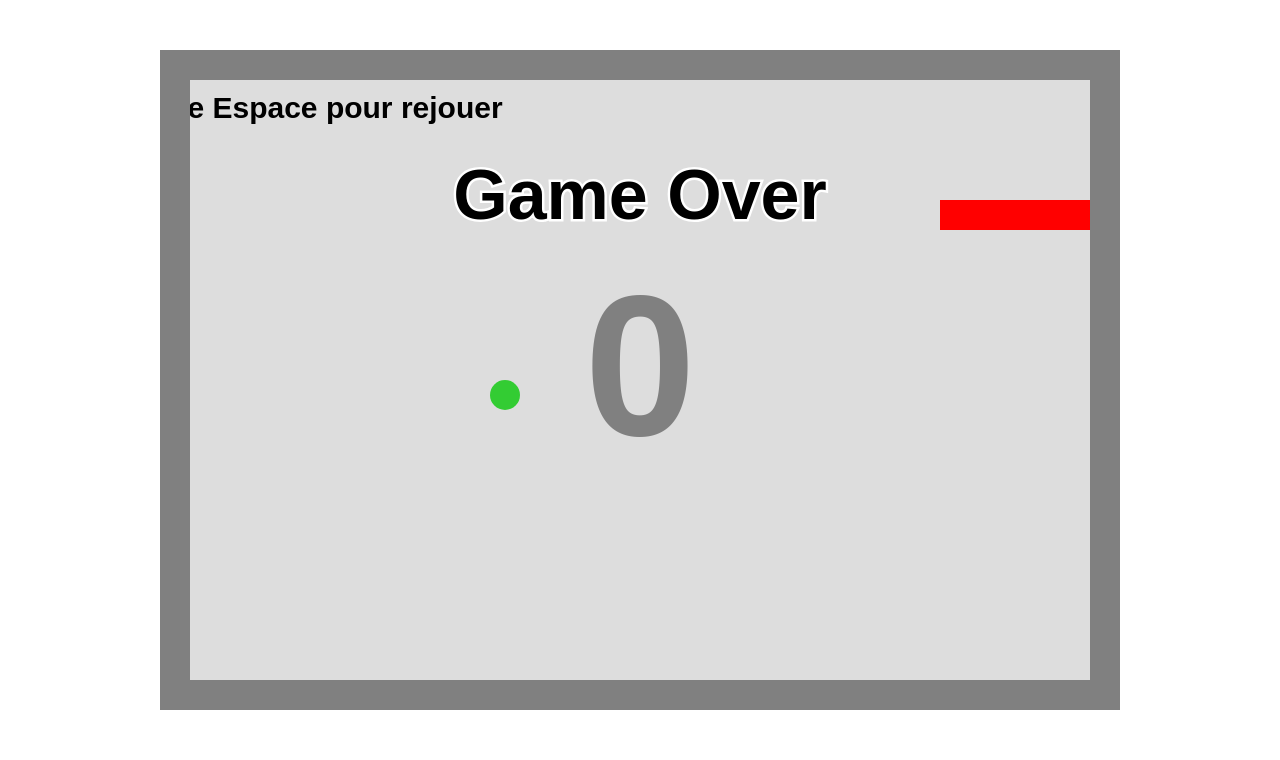
Repository: laben35/snake
Page: index.html
An editor plug-in stored every save of this project. The page is shown before and after the next save, followed by the edit.
The browser window is 1280 px wide. The pictures show the whole page.

Above is the page before, as saved 2019-12-08 19:20:31.

### index.html
<!DOCTYPE html>
<html lang="en">
<head>
    <meta charset="UTF-8">
    <meta name="viewport" content="width=device-width, initial-scale=1.0">
    <meta http-equiv="X-UA-Compatible" content="ie=edge">
    <title>The snake game</title>
    <script src="script.js"></script>
</head>
<body>

</body>
</html>

### script.js
window.onload = function()
{
    var canvasWidth = 900;
    var canvasHeight = 600;
    var blockSize = 30;
    var ctx;
    var delay = 150;   // si j'augmente le délai de rafraichissement du canvas,  le serpent avance moins vite, comme ça il se rafraichit une fois toutes les secondes et non toutes les dixièmes de secondes
    var snakee;
    var applee;
    var widthInBlocks = canvasWidth/blockSize;  //la largeur en terme de block sera la largeur divisée par la taille du bloc c'est à dire, la largeur est de 900px et la taille du bloc (blockSize) est de 30px ==> notre largeur en terme de blocks sera de 30px var 30*30=900
    var heightInBocks = canvasHeight/blockSize; //600/30 = 20
    var score;

    init();

    function init()
    {
            var canvas = document.createElement('canvas');  //Canvas élément HTML qui permet de dessiner notre page HTML
            canvas.width = canvasWidth;
            canvas.height = canvasHeight;
            canvas.style.border = "30px solid gray";
            canvas.style.margin = "50px auto";
            canvas.style.display = "block";
            canvas.style.backgroundColor = "#ddd";
            document.body.appendChild(canvas);
            ctx = canvas.getContext('2d');
            snakee = new Snake( [[6,4], [5,4], [4,4], [3,4], [2,4]], "right");
            applee = new Apple([10,10]);
            score = 0;
            refreshCanvas();
    }

    //fonction qui rafraichit le canvas
    function refreshCanvas()
    {
        snakee.advance();
        if(snakee.checkCollision())
        {
            gameOver();
        }
        else
        {
            if(snakee.isEatingApple(applee))         // Condition est-ce que le serpent a mangé un fruit
            {
                score++;
                snakee.ateApple = true;   //le serpent a bien mangé un fruit
                do
                {
                    applee.setNewPosition();     //Le serpent a mangé un fruit donc on va replacer le fruit à un autre endroit d'où la nouvelle méthode: setNewPosition()
                }
                while(applee.isOnSnake(snakee))

            }
            ctx.clearRect(0,0,canvasWidth, canvasHeight);
            drawScore();
            snakee.draw();
            applee.draw();
            setTimeout(refreshCanvas, delay);
        }
    }

    function gameOver()  //Je souhaite que cette fonction écrive GameOver à chaque fois que le serpent rencontre un mur ou lui-même
    {
        ctx.save();   //permet d'enregistrer les paramètre de configuration du contexte du combat cad de le retrouver comme avant
        ctx.font = "bold 70px sans-serif";
        ctx.fillStyle = "#000";
        ctx.textAlign = "center";
        ctx.textBaseline = "middle";
        ctx.strokeStyle = "white";
        ctx.lineWidth = 5;
        var centreX = canvasWidth / 2;
        var centreY = canvasHeight / 2;
        ctx.strokeText("Game Over", centreX, centreY -180);  //pour le stroke -180 cad un petit peu au-dessus du 0
        ctx.fillText("Game Over", centreX, centreY -180);
        ctx.font = "bold 30px sans-serif";
        ctx.fillText("Appuyer sur la touche Espace pour rejouer", 5, 30);
        ctx.restore();
    }

    function restart()
    {
        snakee = new Snake( [[6,4], [5,4], [4,4], [3,4], [2,4]], "right");
        applee = new Apple([10,10]);
        score = 0;
        refreshCanvas();
    }

    function drawScore()   //fonction qui permet d'afficher le score à l'écran
    {
        ctx.save();
        ctx.font = "bold 200px sans-serif";
        ctx.fillStyle = "gray";
        ctx.textAlign = "center";
        ctx.textBaseline = "middle";
        var centreX = canvasWidth / 2;
        var centreY = canvasHeight / 2;
        ctx.fillText(score.toString(), centreX, centreY);    //ctx.fillText(score.toString(), 5, canvasHeight - 5);
        ctx.restore();
    }

    function drawBlock(ctx, position)
    {
        var x = position[0] * blockSize;
        var y = position[1] * blockSize;
        ctx.fillRect(x,y, blockSize, blockSize);
    }

    //Le constructeur
    function Snake(body, direction)
    {
        this.body = body;
        this.direction = direction;
        this.ateApple = false;      //Pour savoir si mon serpent a mangé un fruit pour le faire grandir  ==> ajout de cette propriété...
        this.draw = function()
        {
            ctx.save();
            ctx.fillStyle = "#ff0000";
            for(var i = 0; i < this.body.length; i++)
           {
               drawBlock(ctx, this.body[i]);
           }
           ctx.restore();
        };
        this.advance = function()
        {
            var nextPosition = this.body[0].slice();
            switch(this.direction)
            {
                case "left":
                    nextPosition[0] -= 1;    //ici c'est la position du x
                    break;
                case "right":
                    nextPosition[0] += 1;
                    break;
                case "down":
                    nextPosition[1] += 1;   //ici c'est la position du y
                    break;
                case "up":
                    nextPosition[1] -= 1;
                    break;
                default:
                    throw("Invalid Direction");
            }
            this.body.unshift(nextPosition);
            if(!this.ateApple)
                this.body.pop();  // Le serpent a mangé un fruit. Ici le pop me permets d'enlever le dernier bloc cad on avançait la tête d'une position et on supprimait la dernière donc mon serpent restait à la même taille
            else
                  this.ateApple = false;
        };
        this.setDirection = function(newDirection)
        {
            var allowedDirections;
            switch(this.direction)
            {
                case "left":
                case "right":
                    allowedDirections = ["up", "down"];
                    break;
                case "down":
                case "up":
                    allowedDirections = ["left", "right"];
                    break;
                default:
                    throw("Invalid Direction");
            }
            if(allowedDirections.indexOf(newDirection) > -1)   //Si c'est >-1 alors ma nouvelle direction est permise
            {
                this.direction = newDirection;
            }
        };
        this.checkCollision = function()   //Fonction pour délimiter l'espace du serpent ==> pour ne pas qu'il sorte du canvas sinon game over
        {
            var wallCollision = false;  //si le serpent rentre dans le mur ==> les limites du canvas
            var snakeCollision = false; //si le serpent rentre sur lui-même
            var head =  this.body[0];   // c'est la tête qui prend la collision donc c'est cette partie que l'on vérifie
            var rest = this.body.slice(1);      //rest du corps du serpent en utilisant la fonction slice et autant qu'il passe sur la valeur 0 et va nous copier tout le reste dans ce array rest.
            var snakeX = head[0];
            var snakeY = head[1];
            var minX = 0;
            var minY = 0;
            var maxX = widthInBlocks - 1;
            var maxY = heightInBocks - 1;
            var isNotBetweenHorizontalWalls = snakeX < minX || snakeX > maxX;
            var isNotBetweenVerticalWalls = snakeY < minY || snakeY > maxY;

            if(isNotBetweenHorizontalWalls || isNotBetweenVerticalWalls)
            {
                wallCollision = true;
            }

            for(var i = 0; i < rest.length; i++)
            {
                if(snakeX === rest[i][0] && snakeY === rest[i][1])  //je vérifie si la tête du serpent est sur l'élément 0 ==>[i] et son X à lui [0] et je vérifie si la tête snakeX et l"élément du corps rest[i][0] ont le même X et le même Y ce qui voudrait dire que la tête du serpent est sur la même X qu'une des case du reste du serpent
                {
                    snakeCollision = true;
                }
            }
            return wallCollision || snakeCollision;
        };
        this.isEatingApple = function(appleToEat)
        {
            var head = this.body[0];  //Je déclare une variable et là, je vérifie si le X de la tête cad le head[0] est égale au corps à la place 0 c'est le 1er élément du corps de mon serpent
            if(head[0] === appleToEat.position[0] && head[1] === appleToEat.position[1])
            {
                return true;  //si cette condition est vrai, le serpent a mangé le fruit sinon rien
            }
            else
                return false;
        };
    }

    function Apple(position)
    {
        this.position = position;
        this.draw = function()
        {
            ctx.save();
            ctx.fillStyle = "#33cc33";   // couleur de la pomme
            ctx.beginPath();    //dessin de la pomme qui est ronde donc on utilise radius
            var radius = blockSize/2;
            var x = this.position[0]*blockSize + radius;
            var y = this.position[1]*blockSize + radius;
            ctx.arc(x,y, radius, 0, Math.PI*2, true);    //Dessin du cercle
            ctx.fill();
            ctx.restore();
        };
        this.setNewPosition = function()   //Je veux que cette méthode soit aléatoire donc un endroit au hasard dans mon canvas
        {
            var newx = Math.round(Math.random() * (widthInBlocks - 1));
            var newY = Math.round(Math.random() * (heightInBocks - 1));
            this.position = [newx, newY];
        };
        this.isOnSnake = function(snakeToCheck)          //métohde qui vérifie si le fruit est sur le serpent puisque sa position est aléatoire
        {
            var isOnSnake = false;

            for(var i = 0; i < snakeToCheck.body.length; i++ )  // Pour cette vérification, je fais une boucle et je passe sur chacun des blocks de mon serpent
            {
                if(this.position[0] === snakeToCheck.body[i][0] && this.position[1] === snakeToCheck.body[i][1])
                {
                   isOnSnake = true;
                }
            }
            return isOnSnake;
        };
    }

    document.onkeydown = function handleKeyDown(e)   //évènement
    {
        var key = e.keyCode;      //Nous donne le code de la touche qui a été appuyée
        var newDirection;        //nouvelle direction en fonction de la touche qui a été appuyée
        switch(key)             //swith sur la touche appuyée
        {
            case 37:   //flèche qui va à gauche
                newDirection = "left";
                break;
            case 38:   //flèche qui va en haut
                newDirection = "up";
                break;
            case 39:   //flèche qui va à droite
                newDirection = "right";
                break;
            case 40:    //flèche qui va en bas
                newDirection = "down";
                break;
            case 32:  //code de la touche Espace
                restart();
                return;
            default:
                return;
        }
        snakee.setDirection(newDirection);
    }

}

After the next save:
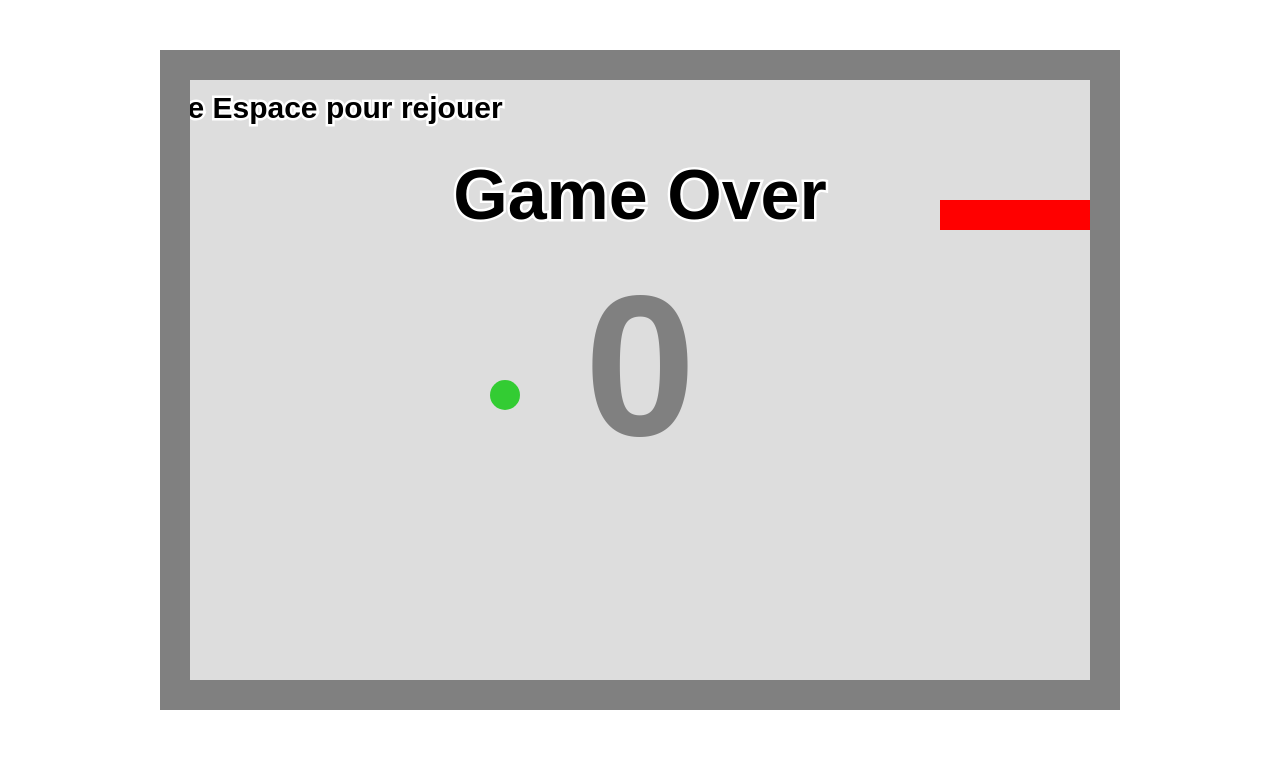
Saved 28 s later.
--- a/script.js
+++ b/script.js
@@ -73,6 +73,7 @@ window.onload = function()
         ctx.strokeText("Game Over", centreX, centreY -180);  //pour le stroke -180 cad un petit peu au-dessus du 0
         ctx.fillText("Game Over", centreX, centreY -180);
         ctx.font = "bold 30px sans-serif";
+        ctx.strokeText("Appuyer sur la touche Espace pour rejouer", 5, 30);
         ctx.fillText("Appuyer sur la touche Espace pour rejouer", 5, 30);
         ctx.restore();
     }
